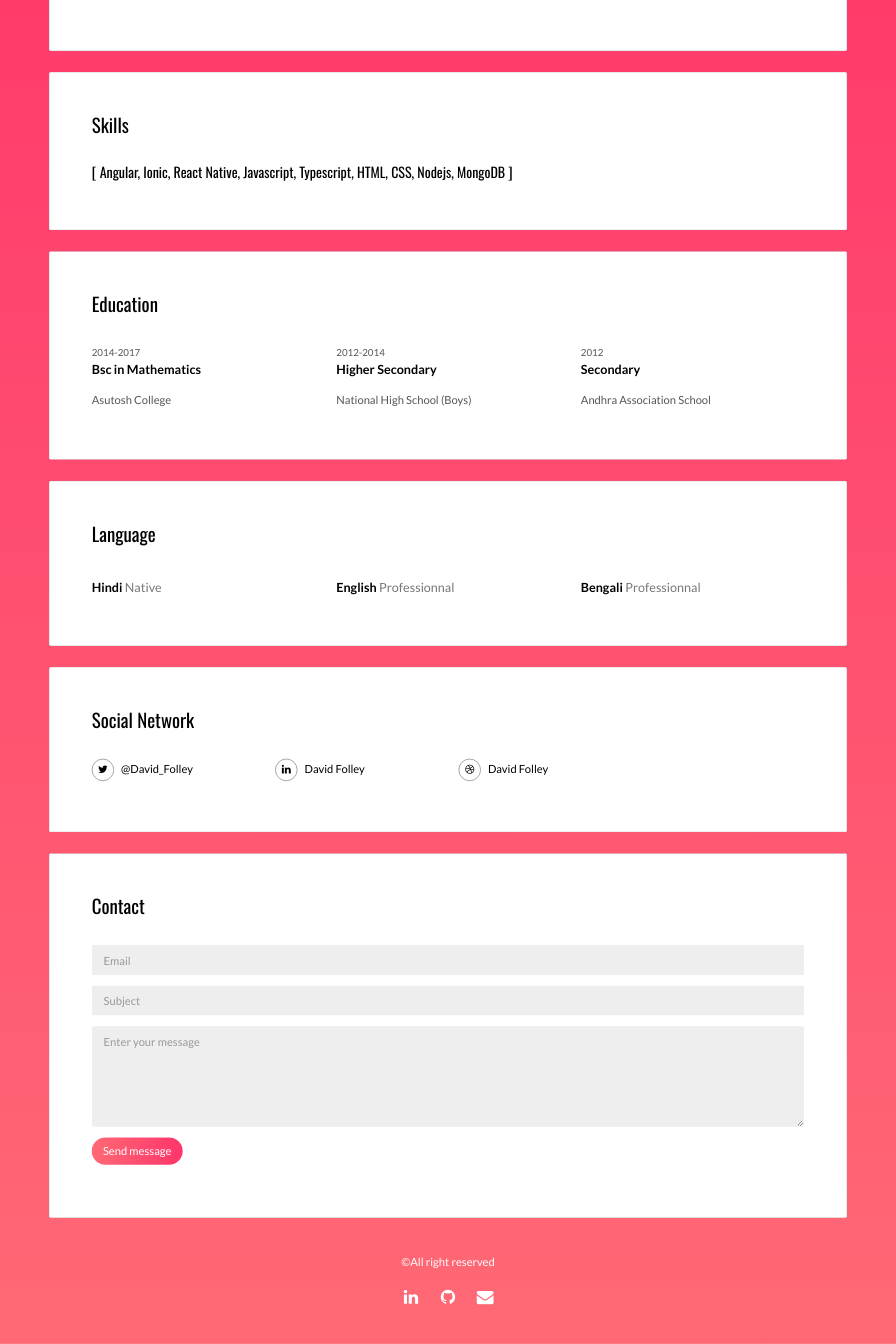
Repository: Ankit-singh7/work_with_ankit.github.io
Page: index.html
These files come from the project's save history. The page is drawn as it stood at one moment and after the next save; the edit follows.
The browser window is 1280 px wide. The pictures show the part of the page from y = 2477 to 4397 px (the page is 4397 px tall before and 4131 px after), at 70% of full size.

Above is the page before, as saved 2021-03-03 23:47:59.

### index.html
<!DOCTYPE html>
<html lang="en">

<head>
  <meta charset="UTF-8">
  <meta content="IE=edge" http-equiv="X-UA-Compatible">
  <meta content="width=device-width,initial-scale=1" name="viewport">
  <meta content="description" name="description">
  <meta name="google" content="notranslate" />
  <meta content="Mashup templates have been developped by Orson.io team" name="author">

  <!-- Disable tap highlight on IE -->
  <meta name="msapplication-tap-highlight" content="no">

  <link rel="apple-touch-icon" sizes="180x180" href="./assets/apple-icon-180x180.png">
  <link href="./assets/images/img.jpg" rel="icon">

  <title>PORTFOLIO</title>

 <link href="./main.d8e0d294.css" rel="stylesheet"></head>

<body class="">

<!-- Add your content of header -->
<div class="background-color-layer" style="background-image: url('assets/images/img-01.jpg')"
></div>
<main class="content-wrapper">
  <header class="white-text-container section-container">
    <div class="text-center">
      <h1>I am Ankit Singh</h1>
      <p>Software Developer</p>
      <p>
        <!-- <a class="fa-icon fa-icon-2x" href="https://facebook.com/" title="">
          <i class="fa fa-facebook"></i>
        </a> -->
        <!-- <a class="fa-icon fa-icon-2x" href="https://twitter.com/" title="">
          <i class="fa fa-twitter"></i>
        </a> -->
        <!-- <a class="fa-icon fa-icon-2x" href="https://dribbble.com/" title="">
          <i class="fa fa-dribbble"></i>
        </a> -->
        <a class="fa-icon fa-icon-2x" href="https://www.linkedin.com/in/ankit-singh-04b976165/" title="">
          <i class="fa fa-linkedin"></i>
        </a>
        <a class="fa-icon fa-icon-2x" href="https://github.com/Ankit-singh7" title="">
          <i class="fa fa-github"></i>
        </a>
        <a class="fa-icon fa-icon-2x" href="mailto:ankit.as2307@gmail.com" title="">
          <i class="fa fa-envelope"></i>
        </a>
        <!-- <a class="fa-icon fa-icon-2x" href="https://vimeo.com/" title="">
          <i class="fa fa-vimeo"></i>
        </a> -->
      </p>
    </div>
  </header>



<!-- Add your site or app content here -->

 <div class="container">
   <div class="row">
     <div class="col-xs-12">

        <div class="card">
          <div class="card-block">
            <h2>About me</h2>
            <div class="row">
              <div class="col-md-4">
                <p><img src="./assets/images/img.jpg" class="img-responsive" alt=""></p>
              </div>
              <div class="col-md-8">

              <p>Software Developer with 2+ years of experience in web development and hybrid mobile application development using Angular, Ionic and React Native.</p>
              <p>A technology enthusiast with a keen
                interest in problem solving with years of
                experience in Frontend Development and
                Hybrid Mobile App Development.</p>

              </div>
            </div>
          </div>
        </div>

        <!-- <div class="card">
          <div class="card-block">
            <h2>Projects</h2>
            <div class="row">
              <div class="col-md-4">
                <img src="./assets/images/img-02.jpg" class="img-responsive" alt="">
                <h3 class="h5">Amelia App</h3>
                <p>June 2017</p>
              </div>
              <div class="col-md-4">
                <img src="./assets/images/img-03.jpg" class="img-responsive" alt="">
                <h3 class="h5">Portland</h3>
                <p>March 2017</p>
              </div>
              <div class="col-md-4">
                <img src="./assets/images/img-04.jpg" class="img-responsive" alt="">
                <h3 class="h5">Denz for Nilon</h3>
                <p>Jan 2017</p>
              </div>
            </div>
          </div>
        </div> -->

        <div class="card">
          <div class="card-block">
            <h2>Projects</h2>
            <div id="carousel-example-generic" class="carousel slide" data-ride="carousel">


            <!-- Wrapper for slides -->
            <div class="carousel-inner" role="listbox">
              <div class="item active">
                <img src="./assets/images/ref.png" class="img-responsive" alt="...">
                <div class="carousel-caption">
                  <h3 class="h5">REF App (Made with Ionic)</h3>
                  <h4>Employer - Techpro Studio</h4>
                  <p>11/2020 - 03/2021</p>
                </div>
              </div>
              <div class="item">
                <img src="./assets/images/engage.png" class="img-responsive" alt="...">
                <div class="carousel-caption">
                  <h3 class="h5">Engage Local (Made with Ionic)</h3>
                  <h4>Employer - Techpro Studio</h4>
                  <p>12/2019 - 05/2020</p>
                </div>
              </div>

              <div class="item">
                <img src="./assets/images/Drag.png" class="img-responsive" alt="...">
                <div class="carousel-caption">
                  <h3 class="h5">Drag & Drop Website Builder (Made with grapesjs)</h3>
                  <h4>Employer - Techpro Studio</h4>
                  <p>06/2020 - 03/2021</p>
                </div>
              </div>
              <div class="item">
                <img src="./assets/images/caters.png" class="img-responsive" alt="...">
                <div class="carousel-caption">
                  <h3 class="h5">Caters App (Made with Ionic)</h3>
                  <h4>Employer - Techpro Studio</h4>
                  <p>08/2020 - 01/2021</p>
                </div>
              </div>
            </div>

            <!-- Indicators -->
            <ol class="carousel-indicators">
              <li data-target="#carousel-example-generic" data-slide-to="0" class="active"></li>
              <li data-target="#carousel-example-generic" data-slide-to="1"></li>
              <li data-target="#carousel-example-generic" data-slide-to="2"></li>
              <li data-target="#carousel-example-generic" data-slide-to="3"></li>
            </ol>

          </div>
          </div>
        </div>

        <div class="card">
          <div class="card-block">
            <h2>Work</h2>
            <div class="work-experience">
              <small class="date">03/2019-Present</small>
              <h3 class="h5 date-title">Software developer - <a href="http://en.orson.io" title="Create professionnal website">Techpro Studio</a></h3>


              <p>- Created and apply UI requirements utilizing Angular Framework, Ionic and React Native to create various web applications and hybrid mobile applications.</p>
              <p>- Maintaining and upgrading existing web applications.</p>
              <p>- Worked closely with clients to meet project requirements.</p>
            </div>


          </div>
        </div>
        <div class="card">
          <div class="card-block">
            <h2>Certificates</h2>
            <div class="work-experience">
              <p>- MEAN Stack Development Certification from edwisor.com.</p>
              <p>- C Programming Language Certification from Brainware.</p>
              <p>- C++ Programming Language Certification from Brainware.</p>
            </div>


          </div>
        </div>

        <div class="card">
          <div class="card-block">
            <h2>Skills</h2>
            <div class="work-experience">
              <h3>[ Angular, Ionic, React Native, Javascript, Typescript, HTML, CSS, Nodejs, MongoDB ]</h3>
            </div>


          </div>
        </div>


        <div class="card">
          <div class="card-block">
            <h2>Education</h2>
            <div class="row">
              <div class="col-md-4">
                <div class="education-experience">
                  <small class="date">2014-2017</small>
                  <h3 class="h5 date-title">Bsc in Mathematics</h3>
                  <p>Asutosh College</p>
                </div>

              </div>
              <div class="col-md-4">
                <div class="education-experience">
                  <small class="date">2012-2014</small>
                  <h3 class="h5 date-title">Higher Secondary</h3>
                  <p>National High School (Boys)</p>
                </div>
              </div>
              <div class="col-md-4">
                <div class="education-experience">
                  <small class="date">2012</small>
                  <h3 class="h5 date-title">Secondary</h3>
                  <p>Andhra Association School</p>
                </div>
              </div>
            </div>
          </div>
        </div>

        <div class="card">
          <div class="card-block">
            <h2>Language</h2>
            <div class="row">
              <div class="col-md-4">
                <div class="language-experience">
                  <h3 class="h5">Hindi  <small>Native</small></h3>
                </div>
              </div>
              <div class="col-md-4">
                <div class="language-experience">
                  <h3 class="h5">English  <small>Professionnal</small></h3>
                </div>
              </div>
              <div class="col-md-4">
                <div class="language-experience">
                  <h3 class="h5">Bengali  <small>Professionnal</small></h3>
                </div>
              </div>
            </div>
          </div>
        </div>



        <div class="card">
          <div class="card-block">
            <h2>Social Network</h2>
            <div class="row">
              <div class="col-md-3">
                <p class="social-buttons"><a href="https://twitter.com/" title=""><span class="social-round-icon fa-icon"><i class="fa fa-twitter"></i></span>@David_Folley</a></p>
              </div>
              <div class="col-md-3">
                <p class="social-buttons"><a href="https://www.linkedin.com/" title=""><span class="social-round-icon fa-icon"><i class="fa fa-linkedin"></i></span>David Folley</a></p>
              </div>
              <div class="col-md-3">
                <p class="social-buttons"><a href="https://dribbble.com/" title=""><span class="social-round-icon fa-icon"><i class="fa fa-dribbble"></i></span>David Folley</a></p>
              </div>
            </div>
          </div>
        </div>

        <div class="card">
          <div class="card-block">
            <h2>Contact</h2>
            <form action="" class="reveal-content">
              <div class="form-group">
                <input type="email" class="form-control" id="email" placeholder="Email">
              </div>
              <div class="form-group">
                <input type="text" class="form-control" id="subject" placeholder="Subject">
              </div>
              <div class="form-group">
                <textarea class="form-control" rows="5" placeholder="Enter your message"></textarea>
              </div>
              <div class="form-group">
                <button type="submit" class=" btn btn-primary">Send message</button>
              </div>
            </form>
          </div>
        </div>

     </div>
   </div>
 </div>

</main>
<footer class="footer-container white-text-container text-center">
  <div class="container">
    <div class="row">
      <div class="col-xs-12">
        <!-- <p><img src="./assets/images/mashup-icon.svg" alt=""></p> -->

        <p>©All right reserved</p>
        <p>
          <a class="fa-icon fa-icon-2x" href="https://www.linkedin.com/in/ankit-singh-04b976165/" title="">
            <i class="fa fa-linkedin"></i>
          </a>
          <a class="fa-icon fa-icon-2x" href="https://github.com/Ankit-singh7" title="">
            <i class="fa fa-github"></i>
          </a>
          <a class="fa-icon fa-icon-2x" href="mailto:ankit.as2307@gmail.com" title="">
            <i class="fa fa-envelope"></i>
          </a>
        </p>
      </div>
    </div>
  </div>
</footer>

<script>
  document.addEventListener("DOMContentLoaded", function (event) {
     scrollRevelation('.card');
  });
</script>
<!-- Google Analytics: change UA-XXXXX-X to be your site's ID

<script>
  (function (i, s, o, g, r, a, m) {
    i['GoogleAnalyticsObject'] = r; i[r] = i[r] || function () {
      (i[r].q = i[r].q || []).push(arguments)
    }, i[r].l = 1 * new Date(); a = s.createElement(o),
      m = s.getElementsByTagName(o)[0]; a.async = 1; a.src = g; m.parentNode.insertBefore(a, m)
  })(window, document, 'script', '//www.google-analytics.com/analytics.js', 'ga');
  ga('create', 'UA-XXXXX-X', 'auto');
  ga('send', 'pageview');
</script>

--><script type="text/javascript" src="./main.bc58148c.js"></script></body>

</html>

Loaded but not shown: main.d8e0d294.css (library); main.bc58148c.js (library)

After the next save:
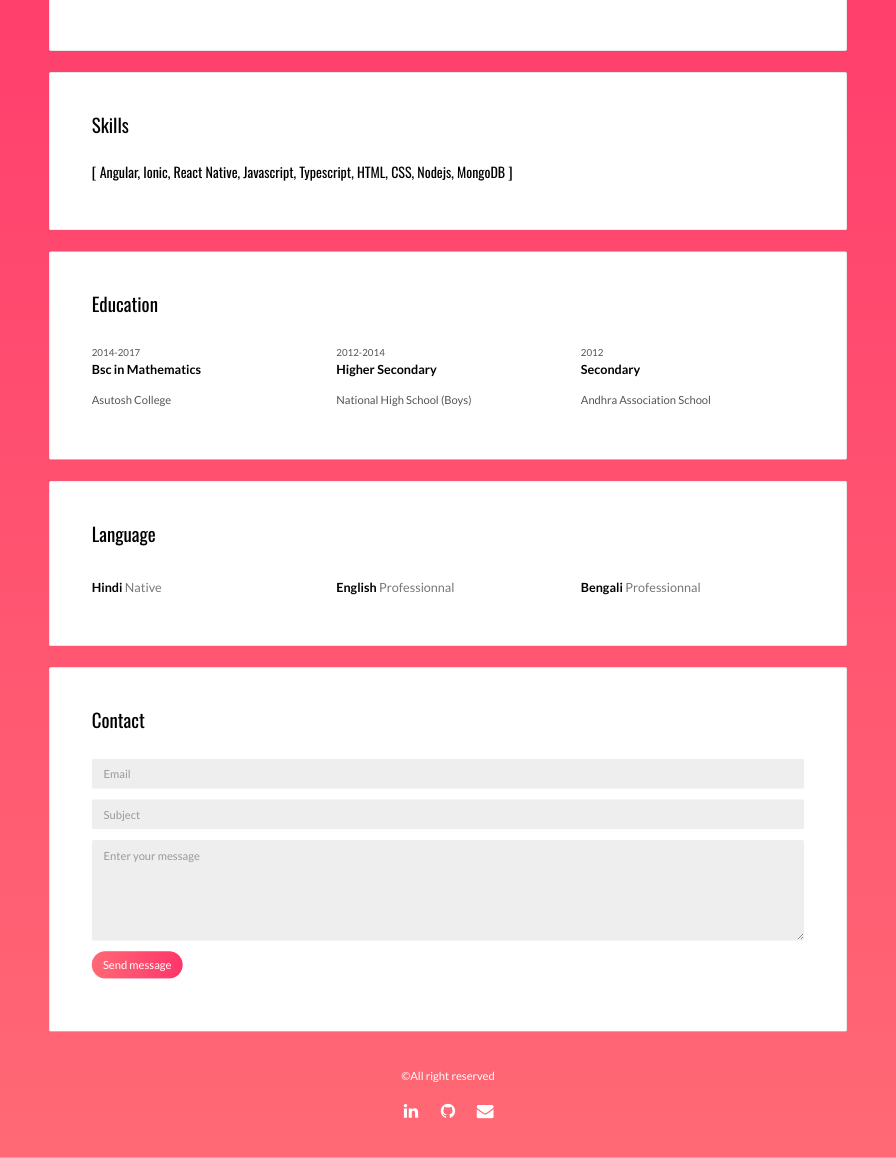
Saved 118 s later.
--- a/index.html
+++ b/index.html
@@ -256,24 +256,6 @@
         </div>
 
 
-
-        <div class="card">
-          <div class="card-block">
-            <h2>Social Network</h2>
-            <div class="row">
-              <div class="col-md-3">
-                <p class="social-buttons"><a href="https://twitter.com/" title=""><span class="social-round-icon fa-icon"><i class="fa fa-twitter"></i></span>@David_Folley</a></p>
-              </div>
-              <div class="col-md-3">
-                <p class="social-buttons"><a href="https://www.linkedin.com/" title=""><span class="social-round-icon fa-icon"><i class="fa fa-linkedin"></i></span>David Folley</a></p>
-              </div>
-              <div class="col-md-3">
-                <p class="social-buttons"><a href="https://dribbble.com/" title=""><span class="social-round-icon fa-icon"><i class="fa fa-dribbble"></i></span>David Folley</a></p>
-              </div>
-            </div>
-          </div>
-        </div>
-
         <div class="card">
           <div class="card-block">
             <h2>Contact</h2>
